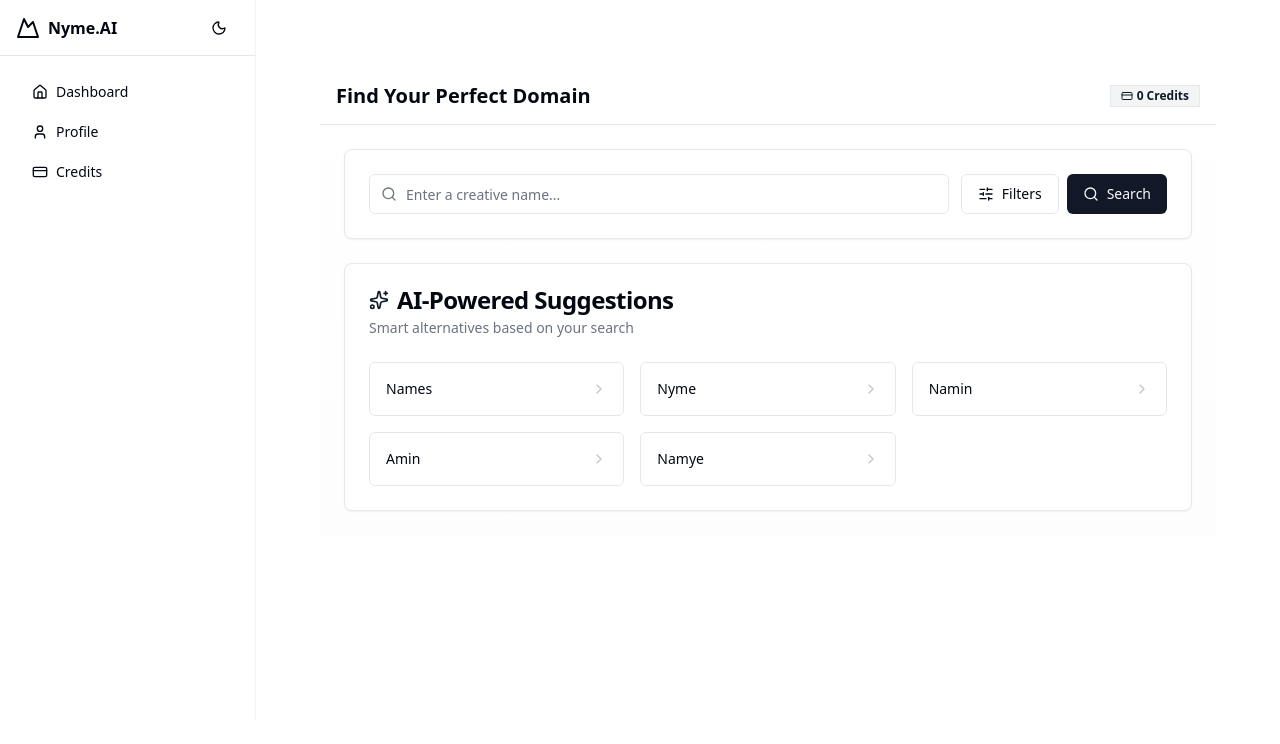
Repository: EliDorf/nyme
Page: /
The author's editor kept a copy of each file at every save. The page is drawn from the files as they stood at one save, then again after the next save.
The browser window is 1280 px wide. The pictures show the whole page.
The page's requests for data from a server got no answer. The project was rebuilt for these pictures with package versions that can differ from the ones it lists, and the page was loaded fresh each time. Some packages were replaced by stand-ins written for this rebuild. The framework's server and built-in components were replaced by stand-ins that run in the browser. No one was signed in, and anything a server would have sent is missing. Also part of the build but not shown: next.config.mjs, lib/utils.ts, components/ui/tabs.tsx, components/ui/skeleton.tsx, components/ui/switch.tsx, components/ui/label.tsx, components/ui/alert-dialog.tsx, components/shared/InsufficientCreditsModal.tsx.

Above is the page before, as saved 2025-01-19 14:03:59.

### app/layout.tsx
import type { Metadata } from "next";
import { Inter } from "next/font/google";
import "./globals.css";
import type { AppProps } from 'next/app'
import { ClerkProvider, SignInButton, SignedIn, SignedOut, UserButton } from '@clerk/nextjs'

const inter = Inter({ subsets: ["latin"] });

export const metadata: Metadata = {
  title: "Nyme.AI",
  description: "Nyme.AI Generate create Names",
};


export default function RootLayout({
  children,
}: {
  children: React.ReactNode
}) {
  return (
    <ClerkProvider>
      <html lang="en">
        <body>
          <header>
            <SignedOut>
              <SignInButton />
            </SignedOut>
            <SignedIn>
            </SignedIn>
          </header>
          <main>
            {children}
          </main>
        </body>
      </html>
    </ClerkProvider>
  )
}

### app/(root)/layout.tsx
import { Dashboard } from '@/components/component/Dashboard';
import React from 'react';
import { NewSidebar } from '@/components/shared/new-sidebar';

const Layout = ({ children }: { children: React.ReactNode }) => {
  return (
    <main className="flex h-screen bg-background">
      <NewSidebar/>
      <div className="flex-1 overflow-y-auto pt-11 p-4">
        <Dashboard />
        {children}
      </div>
    </main>
  );
}

export default Layout;

### app/(root)/page.tsx
import { UserButton } from '@clerk/nextjs'
import React from 'react'

const Home = () => {
  return (
    <div>
      <p>Home</p>

    </div>
  )
}

export default Home

### components/component/Dashboard.tsx
'use client'

import DomainFinder from './DomainFinder';

export function Dashboard() {
  return (
    <div className="w-full max-w-6xl mx-auto md:pl-64">
      <DomainFinder />
    </div>
  )
}

### components/shared/new-sidebar.tsx
"use client"

import Link from "next/link"
import { DropdownMenu, DropdownMenuTrigger } from "@/components/ui/dropdown-menu"
import { Button } from "@/components/ui/button"
import React, { useState } from "react"
import { SignedIn, UserButton, useUser } from "@clerk/nextjs"
import { Home, User, CreditCard, Moon, Sun } from "lucide-react"

export function NewSidebar() {
  const [isSidebarOpen, setIsSidebarOpen] = useState(false)
  const [isDarkMode, setIsDarkMode] = useState(false)
  const { user } = useUser()

  const toggleSidebar = () => {
    setIsSidebarOpen(!isSidebarOpen)
  }

  const toggleTheme = () => {
    setIsDarkMode(!isDarkMode)
    document.documentElement.classList.toggle('dark')
  }

  const NavItems = () => (
    <nav className="space-y-2">
      <Link href="/" prefetch={false}>
        <Button variant="ghost" className="w-full justify-start">
          <Home className="mr-2 h-4 w-4" />
          Dashboard
        </Button>
      </Link>
      <Link href="/profile" prefetch={false}>
        <Button variant="ghost" className="w-full justify-start">
          <User className="mr-2 h-4 w-4" />
          Profile
        </Button>
      </Link>
      <Link href="/credits" prefetch={false}>
        <Button variant="ghost" className="w-full justify-start">
          <CreditCard className="mr-2 h-4 w-4" />
          Credits
        </Button>
      </Link>
    </nav>
  )

  return (
    <>
      <button
        className="fixed top-4 left-4 z-20 md:hidden"
        onClick={toggleSidebar}
      >
        {isSidebarOpen ? null : <MenuIcon className="h-6 w-6" />}
      </button>

      {/* UserButton in top right corner */}
      <div className="fixed top-4 right-4 z-50">
        <SignedIn>
          <UserButton />
        </SignedIn>
      </div>

      {/* Mobile sidebar */}
      <div className={`fixed inset-y-0 left-0 z-50 flex h-full w-64 flex-col bg-background border-r border-muted transform ${isSidebarOpen ? 'translate-x-0' : '-translate-x-full'} transition-transform duration-200 ease-in-out md:hidden`}>
        <div className="flex h-14 items-center justify-between px-4 border-b">
          <Link href="/" className="flex items-center gap-2 font-semibold" prefetch={false}>
            <MountainIcon className="h-5 w-5" />
            <span>Nyme.AI</span>
          </Link>
          <div className="flex items-center gap-2">
            <Button variant="ghost" size="icon" onClick={toggleTheme}>
              {isDarkMode ? <Sun className="h-4 w-4" /> : <Moon className="h-4 w-4" />}
            </Button>
            <button onClick={toggleSidebar} className="p-2">
              <XIcon className="h-6 w-6" />
            </button>
          </div>
        </div>
        <div className="flex-1 overflow-y-auto p-4">
          <NavItems />
        </div>
      </div>

      {/* Desktop sidebar */}
      <div className="fixed inset-y-0 left-0 z-10 hidden w-64 flex-col bg-background border-r border-muted md:flex">
        <div className="flex h-14 items-center justify-between border-b px-4">
          <Link href="/" className="flex items-center gap-2 font-semibold" prefetch={false}>
            <MountainIcon className="h-6 w-6" />
            <span>Nyme.AI</span>
          </Link>
          <Button variant="ghost" size="icon" onClick={toggleTheme}>
            {isDarkMode ? <Sun className="h-4 w-4" /> : <Moon className="h-4 w-4" />}
          </Button>
        </div>
        <div className="flex-1 overflow-y-auto p-4">
          <NavItems />
        </div>
      </div>
    </>
  )
}

function MountainIcon(props: React.SVGProps<SVGSVGElement>) {
  return (
    <svg
      {...props}
      xmlns="http://www.w3.org/2000/svg"
      width="24"
      height="24"
      viewBox="0 0 24 24"
      fill="none"
      stroke="currentColor"
      strokeWidth="2"
      strokeLinecap="round"
      strokeLinejoin="round"
    >
      <path d="m8 3 4 8 5-5 5 15H2L8 3z" />
    </svg>
  )
}

function XIcon(props: React.SVGProps<SVGSVGElement>) {
  return (
    <svg
      {...props}
      xmlns="http://www.w3.org/2000/svg"
      width="24"
      height="24"
      viewBox="0 0 24 24"
      fill="none"
      stroke="currentColor"
      strokeWidth="2"
      strokeLinecap="round"
      strokeLinejoin="round"
    >
      <path d="M18 6 6 18" />
      <path d="m6 6 12 12" />
    </svg>
  )
}

function MenuIcon(props: React.SVGProps<SVGSVGElement>) {
  return (
    <svg
      {...props}
      xmlns="http://www.w3.org/2000/svg"
      width="24"
      height="24"
      viewBox="0 0 24 24"
      fill="none"
      stroke="currentColor"
      strokeWidth="2"
      strokeLinecap="round"
      strokeLinejoin="round"
    >
      <line x1="3" y1="12" x2="21" y2="12" />
      <line x1="3" y1="6" x2="21" y2="6" />
      <line x1="3" y1="18" x2="21" y2="18" />
    </svg>
  )
}

### components/ui/button.tsx
import * as React from "react"
import { Slot } from "@radix-ui/react-slot"
import { cva, type VariantProps } from "class-variance-authority"

import { cn } from "@/lib/utils"

const buttonVariants = cva(
  "inline-flex items-center justify-center whitespace-nowrap rounded-md text-sm font-medium ring-offset-background transition-colors focus-visible:outline-none focus-visible:ring-2 focus-visible:ring-ring focus-visible:ring-offset-2 disabled:pointer-events-none disabled:opacity-50",
  {
    variants: {
      variant: {
        default: "bg-primary text-primary-foreground hover:bg-primary/90",
        destructive:
          "bg-destructive text-destructive-foreground hover:bg-destructive/90",
        outline:
          "border border-input bg-background hover:bg-accent hover:text-accent-foreground",
        secondary:
          "bg-secondary text-secondary-foreground hover:bg-secondary/80",
        ghost: "hover:bg-accent hover:text-accent-foreground",
        link: "text-primary underline-offset-4 hover:underline",
      },
      size: {
        default: "h-10 px-4 py-2",
        sm: "h-9 rounded-md px-3",
        lg: "h-11 rounded-md px-8",
        icon: "h-10 w-10",
      },
    },
    defaultVariants: {
      variant: "default",
      size: "default",
    },
  }
)

export interface ButtonProps
  extends React.ButtonHTMLAttributes<HTMLButtonElement>,
    VariantProps<typeof buttonVariants> {
  asChild?: boolean
}

const Button = React.forwardRef<HTMLButtonElement, ButtonProps>(
  ({ className, variant, size, asChild = false, ...props }, ref) => {
    const Comp = asChild ? Slot : "button"
    return (
      <Comp
        className={cn(buttonVariants({ variant, size, className }))}
        ref={ref}
        {...props}
      />
    )
  }
)
Button.displayName = "Button"

export { Button, buttonVariants }

### components/ui/input.tsx
import * as React from "react"

import { cn } from "@/lib/utils"

export interface InputProps
  extends React.InputHTMLAttributes<HTMLInputElement> {}

const Input = React.forwardRef<HTMLInputElement, InputProps>(
  ({ className, type, ...props }, ref) => {
    return (
      <input
        type={type}
        className={cn(
          "flex h-10 w-full rounded-md border border-input bg-background px-3 py-2 text-sm ring-offset-background file:border-0 file:bg-transparent file:text-sm file:font-medium placeholder:text-muted-foreground focus-visible:outline-none focus-visible:ring-2 focus-visible:ring-ring focus-visible:ring-offset-2 disabled:cursor-not-allowed disabled:opacity-50",
          className
        )}
        ref={ref}
        {...props}
      />
    )
  }
)
Input.displayName = "Input"

export { Input }

### components/ui/card.tsx
import * as React from "react"

import { cn } from "@/lib/utils"

const Card = React.forwardRef<
  HTMLDivElement,
  React.HTMLAttributes<HTMLDivElement>
>(({ className, ...props }, ref) => (
  <div
    ref={ref}
    className={cn(
      "rounded-lg border bg-card text-card-foreground shadow-sm",
      className
    )}
    {...props}
  />
))
Card.displayName = "Card"

const CardHeader = React.forwardRef<
  HTMLDivElement,
  React.HTMLAttributes<HTMLDivElement>
>(({ className, ...props }, ref) => (
  <div
    ref={ref}
    className={cn("flex flex-col space-y-1.5 p-6", className)}
    {...props}
  />
))
CardHeader.displayName = "CardHeader"

const CardTitle = React.forwardRef<
  HTMLDivElement,
  React.HTMLAttributes<HTMLDivElement>
>(({ className, ...props }, ref) => (
  <div
    ref={ref}
    className={cn(
      "text-2xl font-semibold leading-none tracking-tight",
      className
    )}
    {...props}
  />
))
CardTitle.displayName = "CardTitle"

const CardDescription = React.forwardRef<
  HTMLDivElement,
  React.HTMLAttributes<HTMLDivElement>
>(({ className, ...props }, ref) => (
  <div
    ref={ref}
    className={cn("text-sm text-muted-foreground", className)}
    {...props}
  />
))
CardDescription.displayName = "CardDescription"

const CardContent = React.forwardRef<
  HTMLDivElement,
  React.HTMLAttributes<HTMLDivElement>
>(({ className, ...props }, ref) => (
  <div ref={ref} className={cn("p-6 pt-0", className)} {...props} />
))
CardContent.displayName = "CardContent"

const CardFooter = React.forwardRef<
  HTMLDivElement,
  React.HTMLAttributes<HTMLDivElement>
>(({ className, ...props }, ref) => (
  <div
    ref={ref}
    className={cn("flex items-center p-6 pt-0", className)}
    {...props}
  />
))
CardFooter.displayName = "CardFooter"

export { Card, CardHeader, CardFooter, CardTitle, CardDescription, CardContent }

### components/ui/badge.tsx
import * as React from "react"
import { cva, type VariantProps } from "class-variance-authority"

import { cn } from "@/lib/utils"

const badgeVariants = cva(
  "inline-flex items-center rounded-full border px-2.5 py-0.5 text-xs font-semibold transition-colors focus:outline-none focus:ring-2 focus:ring-ring focus:ring-offset-2",
  {
    variants: {
      variant: {
        default:
          "border-transparent bg-primary text-primary-foreground hover:bg-primary/80",
        secondary:
          "border-transparent bg-secondary text-secondary-foreground hover:bg-secondary/80",
        destructive:
          "border-transparent bg-destructive text-destructive-foreground hover:bg-destructive/80",
        outline: "text-foreground",
      },
    },
    defaultVariants: {
      variant: "default",
    },
  }
)

export interface BadgeProps
  extends React.HTMLAttributes<HTMLDivElement>,
    VariantProps<typeof badgeVariants> {}

function Badge({ className, variant, ...props }: BadgeProps) {
  return (
    <div className={cn(badgeVariants({ variant }), className)} {...props} />
  )
}

export { Badge, badgeVariants }

### components/ui/scroll-area.tsx
"use client"

import * as React from "react"
import * as ScrollAreaPrimitive from "@radix-ui/react-scroll-area"

import { cn } from "@/lib/utils"

const ScrollArea = React.forwardRef<
  React.ElementRef<typeof ScrollAreaPrimitive.Root>,
  React.ComponentPropsWithoutRef<typeof ScrollAreaPrimitive.Root>
>(({ className, children, ...props }, ref) => (
  <ScrollAreaPrimitive.Root
    ref={ref}
    className={cn("relative overflow-hidden", className)}
    {...props}
  >
    <ScrollAreaPrimitive.Viewport className="h-full w-full rounded-[inherit]">
      {children}
    </ScrollAreaPrimitive.Viewport>
    <ScrollBar />
    <ScrollAreaPrimitive.Corner />
  </ScrollAreaPrimitive.Root>
))
ScrollArea.displayName = ScrollAreaPrimitive.Root.displayName

const ScrollBar = React.forwardRef<
  React.ElementRef<typeof ScrollAreaPrimitive.ScrollAreaScrollbar>,
  React.ComponentPropsWithoutRef<typeof ScrollAreaPrimitive.ScrollAreaScrollbar>
>(({ className, orientation = "vertical", ...props }, ref) => (
  <ScrollAreaPrimitive.ScrollAreaScrollbar
    ref={ref}
    orientation={orientation}
    className={cn(
      "flex touch-none select-none transition-colors",
      orientation === "vertical" &&
        "h-full w-2.5 border-l border-l-transparent p-[1px]",
      orientation === "horizontal" &&
        "h-2.5 flex-col border-t border-t-transparent p-[1px]",
      className
    )}
    {...props}
  >
    <ScrollAreaPrimitive.ScrollAreaThumb className="relative flex-1 rounded-full bg-border" />
  </ScrollAreaPrimitive.ScrollAreaScrollbar>
))
ScrollBar.displayName = ScrollAreaPrimitive.ScrollAreaScrollbar.displayName

export { ScrollArea, ScrollBar }

### components/ui/tooltip.tsx
"use client"

import * as React from "react"
import * as TooltipPrimitive from "@radix-ui/react-tooltip"

import { cn } from "@/lib/utils"

const TooltipProvider = TooltipPrimitive.Provider

const Tooltip = TooltipPrimitive.Root

const TooltipTrigger = TooltipPrimitive.Trigger

const TooltipContent = React.forwardRef<
  React.ElementRef<typeof TooltipPrimitive.Content>,
  React.ComponentPropsWithoutRef<typeof TooltipPrimitive.Content>
>(({ className, sideOffset = 4, ...props }, ref) => (
  <TooltipPrimitive.Content
    ref={ref}
    sideOffset={sideOffset}
    className={cn(
      "z-50 overflow-hidden rounded-md border bg-popover px-3 py-1.5 text-sm text-popover-foreground shadow-md animate-in fade-in-0 zoom-in-95 data-[state=closed]:animate-out data-[state=closed]:fade-out-0 data-[state=closed]:zoom-out-95 data-[side=bottom]:slide-in-from-top-2 data-[side=left]:slide-in-from-right-2 data-[side=right]:slide-in-from-left-2 data-[side=top]:slide-in-from-bottom-2",
      className
    )}
    {...props}
  />
))
TooltipContent.displayName = TooltipPrimitive.Content.displayName

export { Tooltip, TooltipTrigger, TooltipContent, TooltipProvider }

### components/component/UseSuggestion.tsx
'use client'

import { useState } from 'react'
import { useUser } from '@clerk/nextjs'
import { creditFee } from "@/constants"

const PLACEHOLDER_SUGGESTIONS = [
  "Names",
  "Nyme",
  "Namin",
  "Amin",
  "Namye"
];

export function useSuggestions() {
  const [suggestions, setSuggestions] = useState<string[]>(PLACEHOLDER_SUGGESTIONS)
  const [isLoading, setIsLoading] = useState(false)
  const [error, setError] = useState<string | null>(null)
  const { user } = useUser()

  const handleSubmit = async (input: string) => {
    setIsLoading(true)
    setError(null)

    try {
      const response = await fetch('/api/generate', {
        method: 'POST',
        headers: {
          'Content-Type': 'application/json',
        },
        body: JSON.stringify({
          input,
          userId: user?.id || 'anonymous'
        }),
      })

      if (!response.ok) {
        throw new Error('Network response was not ok')
      }

      const data = await response.json()
      const newSuggestions = Array.isArray(data.suggestions) ? data.suggestions : PLACEHOLDER_SUGGESTIONS
      setSuggestions(newSuggestions)
    } catch (error) {
      console.error('Error:', error)
      setError('Failed to fetch suggestions. Please try again.')
      setSuggestions(PLACEHOLDER_SUGGESTIONS)
    } finally {
      setIsLoading(false)
    }
  }

  return { suggestions, isLoading, error, handleSubmit }
}

### lib/actions/useUserData.ts
// hooks/useUserData.ts
import { useState, useEffect } from 'react';
import { useUser } from '@clerk/nextjs';
import { getUserById } from '@/lib/actions/user.action';
import { User } from '@/types/user';

export function useUserData() {
  const { user } = useUser();
  const [userData, setUserData] = useState<User | null>(null);

  useEffect(() => {
    async function fetchUserData() {
      if (user) {
        const data = await getUserById(user.id);
        setUserData(data);
      }
    }

    fetchUserData();
  }, [user]);

  return { userData };
}

### lib/database/models/user.model.ts
import { Schema, model, models } from "mongoose";
const mongoose = require('mongoose');

const UserSchema = new Schema({
  clerkId: {
    type: String,
    required: true,
    unique: true,
  },
  _id: {
    type: mongoose.Schema.Types.ObjectId,
    required: true,
    auto: true,
  },
  email: {
    type: String,
    required: true,
    unique: true,
  },
  username: {
    type: String,
    required: false,
    unique: false,
  },
  photo: {
    type: String,
    required: true,
  },
  firstName: {
    type: String,
  },
  lastName: {
    type: String,
  },
  planId: {
    type: Number,
    default: 1,
  },
  creditBalance: {
    type: Number,
    default: 10,
  },
});

const User = models?.User || model("User", UserSchema);

export default User;

### lib/database/mongoose.ts
import mongoose, { Mongoose } from 'mongoose';

const MONGODB_URL = process.env.MONGODB_URL;

interface MongooseConnection {
  conn: Mongoose | null;
  promise: Promise<Mongoose> | null;
}

let cached: MongooseConnection = (global as any).mongoose

if(!cached) {
  cached = (global as any).mongoose = {
    conn: null, promise: null
  }
}

export const connectToDatabase = async () => {
  if(cached.conn) {
    console.log('Using existing database connection');
    return cached.conn;
  }

  if(!MONGODB_URL) {
    throw new Error('Missing MONGODB_URL environment variable');
  }

  try {
    console.log('Connecting to MongoDB...');
    cached.promise =
      cached.promise ||
      mongoose.connect(MONGODB_URL, {
        dbName: 'Nyme', bufferCommands: false
      });

    cached.conn = await cached.promise;
    console.log('Successfully connected to MongoDB');
    return cached.conn;
  } catch (error) {
    console.error('Failed to connect to MongoDB:', error);
    throw error;
  }
}

// Add an event listener for connection errors
mongoose.connection.on('error', (error) => {
  console.error('MongoDB connection error:', error);
});

// Add an event listener for successful connections
mongoose.connection.once('open', () => {
  console.log('MongoDB connection established successfully');
});

### tailwind.config.ts
import type { Config } from "tailwindcss";

const config: Config = {
  content: [
    "./pages/**/*.{js,ts,jsx,tsx,mdx}",
    "./components/**/*.{js,ts,jsx,tsx,mdx}",
    "./app/**/*.{js,ts,jsx,tsx,mdx}",
  ],
  theme: {
    extend: {
      backgroundImage: {
        "gradient-radial": "radial-gradient(var(--tw-gradient-stops))",
        "gradient-conic":
          "conic-gradient(from 180deg at 50% 50%, var(--tw-gradient-stops))",

      },
      backgroundColor: {
        white: '#ffffff',
      },
    },
      colors: {
            "border": "hsl(var(--border))",
            "input": "hsl(var(--input))",
            "ring": "hsl(var(--ring))",
            "background": "hsl(var(--background))",
            "foreground": "hsl(var(--foreground))",
            "primary": {
              "DEFAULT": "hsl(var(--primary))",
              "foreground": "hsl(var(--primary-foreground))"
            },
            "secondary": {
              "DEFAULT": "hsl(var(--secondary))",
              "foreground": "hsl(var(--secondary-foreground))"
            },
            "destructive": {
              "DEFAULT": "hsl(var(--destructive))",
              "foreground": "hsl(var(--destructive-foreground))"
            },
            "muted": {
              "DEFAULT": "hsl(var(--muted))",
              "foreground": "hsl(var(--muted-foreground))"
            },
            "accent": {
              "DEFAULT": "hsl(var(--accent))",
              "foreground": "hsl(var(--accent-foreground))"
            },
            "popover": {
              "DEFAULT": "hsl(var(--popover))",
              "foreground": "hsl(var(--popover-foreground))"
            },
            "card": {
              "DEFAULT": "hsl(var(--card))",
              "foreground": "hsl(var(--card-foreground))"
            }
          },
      borderRadius: {
            "lg": "var(--radius)",
            "md": "calc(var(--radius) - 2px)",
            "sm": "calc(var(--radius) - 4px)"
          },
      keyframes: {
            "accordion-down": {
              "from": {
                "height": "0"
              },
              "to": {
                "height": "var(--radix-accordion-content-height)"
              }
            },
            "accordion-up": {
              "from": {
                "height": "var(--radix-accordion-content-height)"
              },
              "to": {
                "height": "0"
              }
            }
          }
},
  plugins: [require("tailwindcss-animate")],
};
export default config;

Loaded but not shown: components/component/DomainFinder.tsx (526 lines, source omitted); components/ui/dropdown-menu.tsx (200 lines, source omitted); app/globals.css (263 lines, source omitted); constants/index.ts (195 lines, source omitted); lib/actions/user.action.ts (126 lines, source omitted)

After the next save:
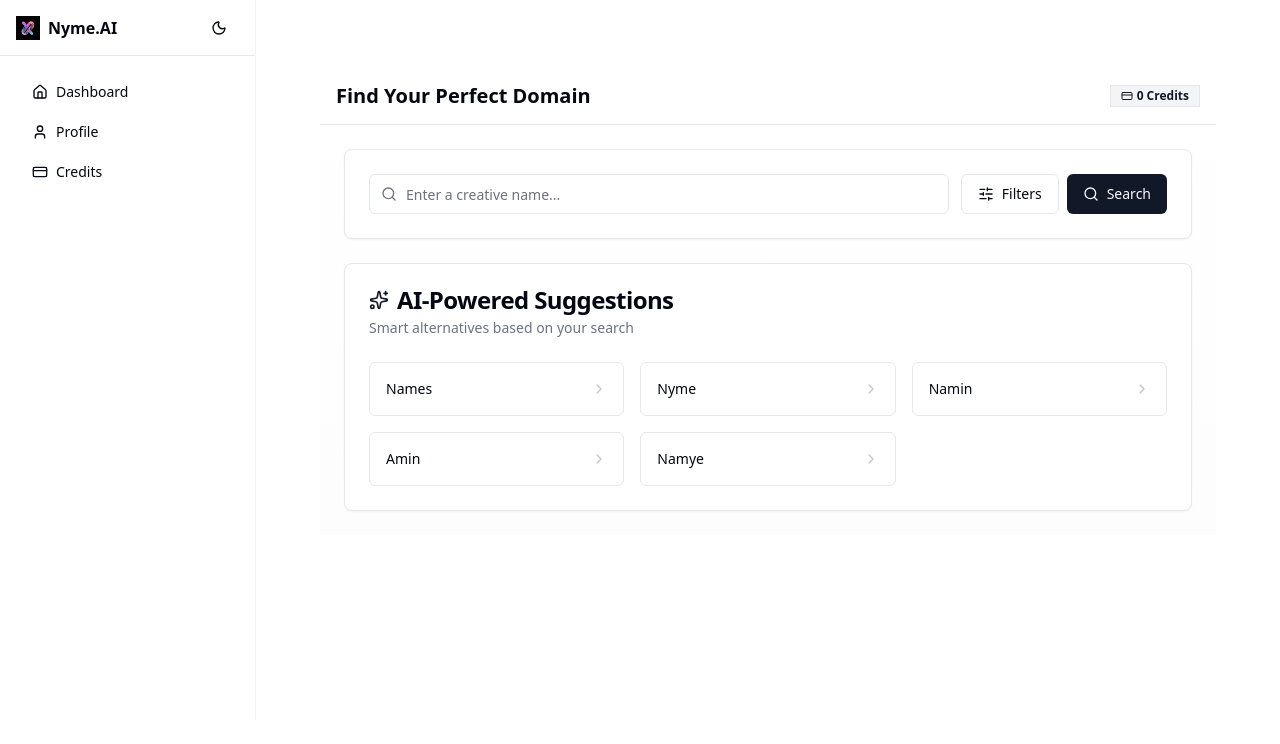
Saved 2 min 6 s later.
--- a/components/shared/new-sidebar.tsx
+++ b/components/shared/new-sidebar.tsx
@@ -6,6 +6,7 @@ import { Button } from "@/components/ui/button"
 import React, { useState } from "react"
 import { SignedIn, UserButton, useUser } from "@clerk/nextjs"
 import { Home, User, CreditCard, Moon, Sun } from "lucide-react"
+import Image from "next/image"
 
 export function NewSidebar() {
   const [isSidebarOpen, setIsSidebarOpen] = useState(false)
@@ -64,7 +65,7 @@ export function NewSidebar() {
       <div className={`fixed inset-y-0 left-0 z-50 flex h-full w-64 flex-col bg-background border-r border-muted transform ${isSidebarOpen ? 'translate-x-0' : '-translate-x-full'} transition-transform duration-200 ease-in-out md:hidden`}>
         <div className="flex h-14 items-center justify-between px-4 border-b">
           <Link href="/" className="flex items-center gap-2 font-semibold" prefetch={false}>
-            <MountainIcon className="h-5 w-5" />
+            <Image src="/output.svg" alt="Nyme.AI Logo" width={20} height={20} />
             <span>Nyme.AI</span>
           </Link>
           <div className="flex items-center gap-2">
@@ -85,7 +86,7 @@ export function NewSidebar() {
       <div className="fixed inset-y-0 left-0 z-10 hidden w-64 flex-col bg-background border-r border-muted md:flex">
         <div className="flex h-14 items-center justify-between border-b px-4">
           <Link href="/" className="flex items-center gap-2 font-semibold" prefetch={false}>
-            <MountainIcon className="h-6 w-6" />
+            <Image src="/output.svg" alt="Nyme.AI Logo" width={24} height={24} />
             <span>Nyme.AI</span>
           </Link>
           <Button variant="ghost" size="icon" onClick={toggleTheme}>
@@ -97,25 +98,6 @@ export function NewSidebar() {
         </div>
       </div>
     </>
-  )
-}
-
-function MountainIcon(props: React.SVGProps<SVGSVGElement>) {
-  return (
-    <svg
-      {...props}
-      xmlns="http://www.w3.org/2000/svg"
-      width="24"
-      height="24"
-      viewBox="0 0 24 24"
-      fill="none"
-      stroke="currentColor"
-      strokeWidth="2"
-      strokeLinecap="round"
-      strokeLinejoin="round"
-    >
-      <path d="m8 3 4 8 5-5 5 15H2L8 3z" />
-    </svg>
   )
 }
 
